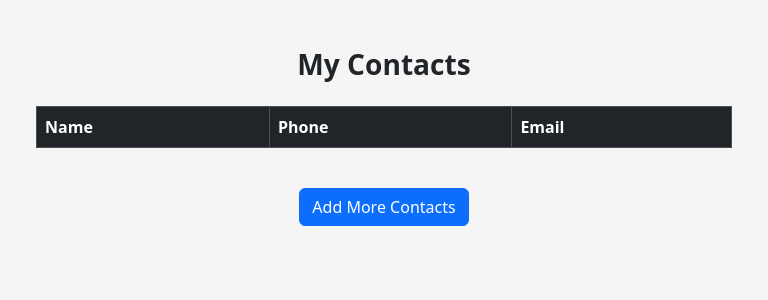
Repository: Slyadavkir/wipro-projects
Page: http://localhost/ContactManager/contacts.jsp
An editor plug-in stored every save of this project. The page is shown before and after the next save, followed by the edit.
The browser window is 768 px wide. The pictures show the whole page.
The page is served by Tomcat 10. Other server files are loaded and not shown.

Above is the page before, as saved 2026-05-10 10:52:19.

### ContactManager/src/main/webapp/contacts.jsp
<%@ page import="java.util.List" %>
<%@ page import="com.contactmanager.model.Contact" %>

<%@ page contentType="text/html;charset=UTF-8" language="java" %>
<!DOCTYPE html>
<html>
<head>
    <title>All Contacts</title>

    <link href="https://cdn.jsdelivr.net/npm/bootstrap@5.3.2/dist/css/bootstrap.min.css"
          rel="stylesheet">
          <link rel="stylesheet" href="css/style.css">
</head>
<body>

<div class="container mt-5">

    <h2 class="text-center mb-4">
        My Contacts
    </h2>

    <div class="table-responsive">

        <table class="table table-bordered table-striped">

            <thead class="table-dark">
            <tr>
                <th>Name</th>
                <th>Phone</th>
                <th>Email</th>
            </tr>
            </thead>

            <tbody>

            <%
                List<Contact> contacts =
                        (List<Contact>) session.getAttribute("contacts");

                if (contacts != null) {
                    for (Contact c : contacts) {
            %>

            <tr>
                <td><%= c.getName() %></td>
                <td><%= c.getPhone() %></td>
                <td><%= c.getEmail() %></td>
            </tr>

            <%
                    }
                }
            %>

            </tbody>

        </table>

    </div>

    <div class="text-center mt-4">
        <a href="index.jsp" class="btn btn-primary">
            Add More Contacts
        </a>
    </div>

</div>

</body>
</html>

### ContactManager/src/main/webapp/css/style.css
body {
    background-color: #f5f5f5;
}

.card {
    border-radius: 12px;
}

h1, h2 {
    font-weight: bold;
}

After the next save:
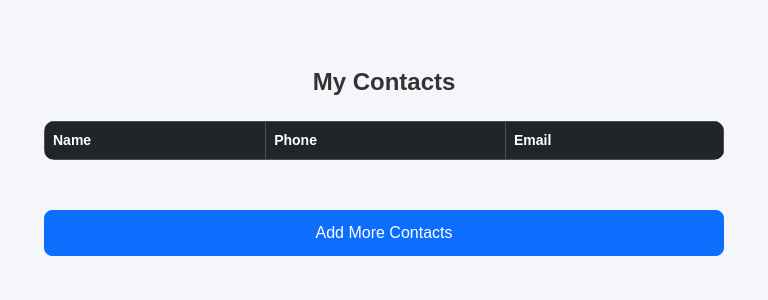
Saved 36 s later.
--- a/ContactManager/src/main/webapp/css/style.css
+++ b/ContactManager/src/main/webapp/css/style.css
@@ -1,11 +1,74 @@
 body {
-    background-color: #f5f5f5;
+    background-color: #f4f6f9;
+    font-family: Arial, sans-serif;
 }
 
+/* Main card styling */
 .card {
-    border-radius: 12px;
+    border-radius: 15px;
+    border: none;
 }
 
+/* Heading */
 h1, h2 {
     font-weight: bold;
+    color: #333;
 }
+
+/* Buttons */
+.btn-primary {
+    padding: 10px 20px;
+    border-radius: 8px;
+}
+
+.btn-success {
+    border-radius: 8px;
+}
+
+/* Form */
+form {
+    margin-top: 20px;
+}
+
+/* Inputs */
+.form-control {
+    border-radius: 8px;
+    padding: 10px;
+}
+
+/* Table styling */
+.table {
+    background-color: white;
+    border-radius: 10px;
+    overflow: hidden;
+}
+
+/* Responsive spacing */
+.container {
+    padding: 20px;
+}
+
+/* Mobile responsiveness */
+@media (max-width: 768px) {
+
+    .card {
+        padding: 20px !important;
+    }
+
+    h1 {
+        font-size: 28px;
+    }
+
+    h2 {
+        font-size: 24px;
+    }
+
+    .btn {
+        width: 100%;
+        margin-top: 10px;
+    }
+
+    .table {
+        font-size: 14px;
+    }
+}
